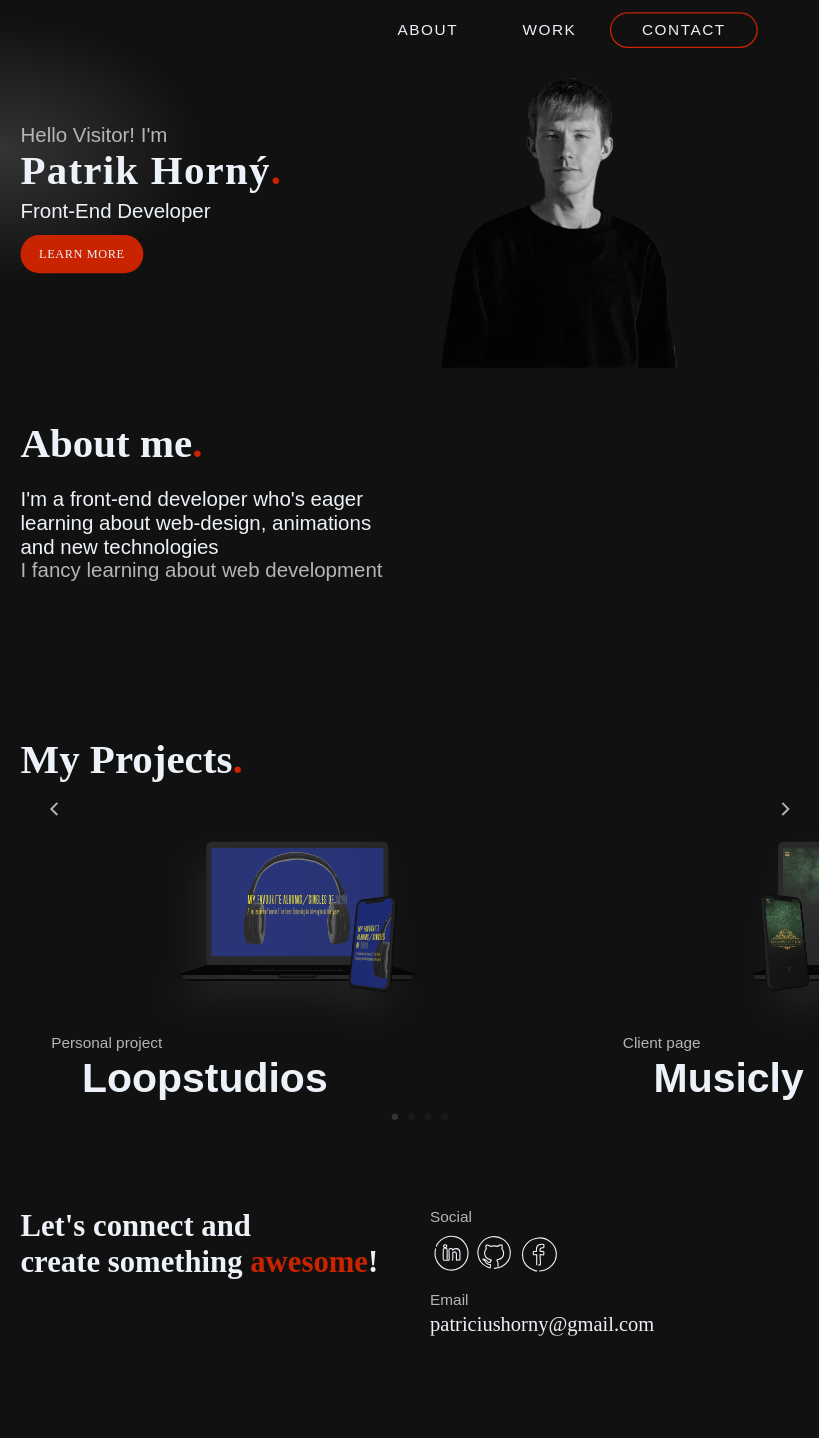
Repository: Spreceriany/portfolio
Page: index.html
An editor plug-in stored every save of this project. The page is shown before and after the next save, followed by the edit.
The browser window is 1280 px wide. The pictures show the whole page, at 64% of full size.
Some web fonts or font styles are not loaded; a fallback is used. The style sheet was rebuilt from its Sass, Less or Tailwind sources for each picture, by a compiler version that may differ from the author's.

Above is the page before, as saved 2021-03-11 11:47:14.

After the next save:
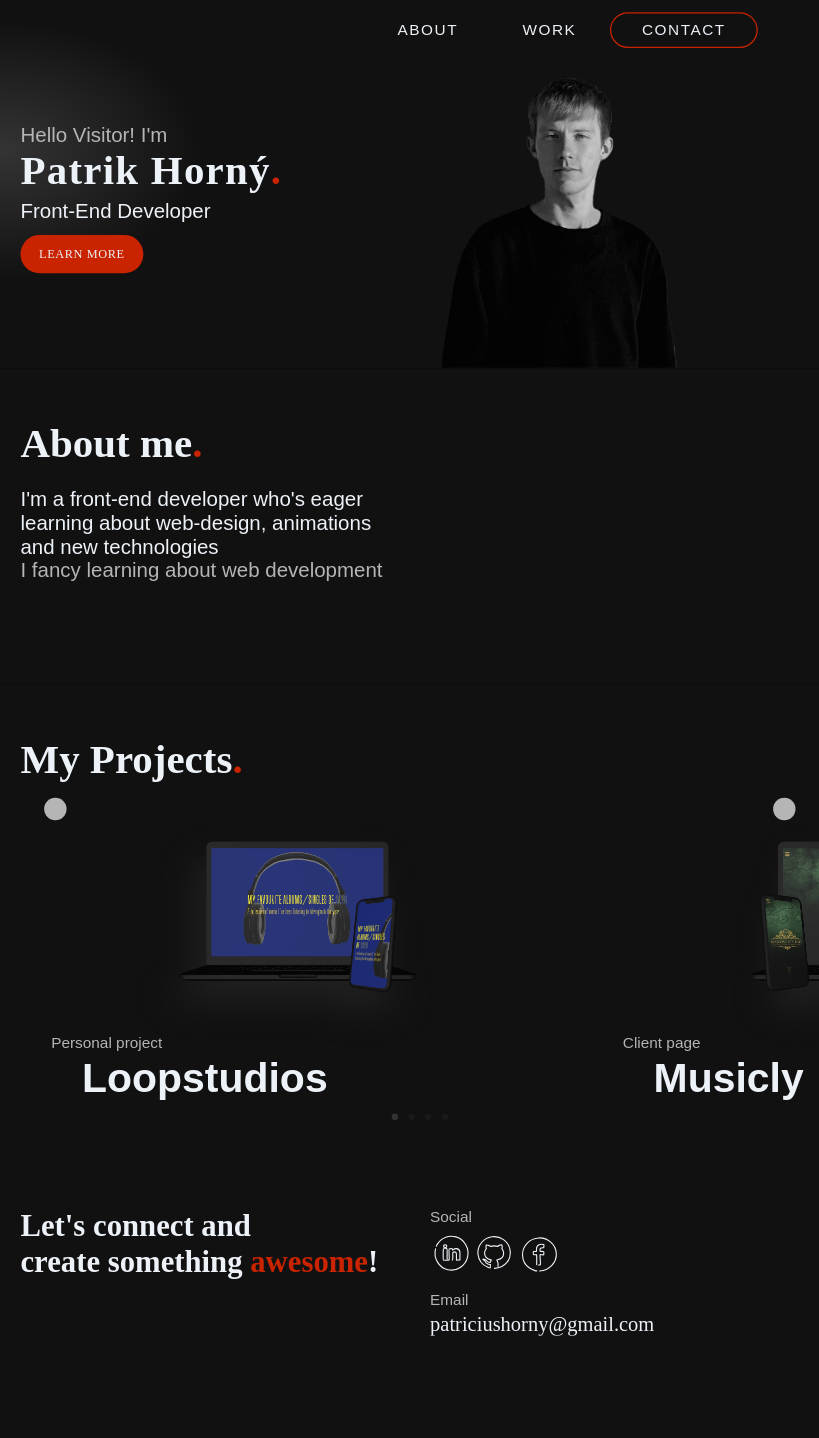
Saved 16 s later.
--- a/css/style.scss
+++ b/css/style.scss
@@ -505,7 +505,7 @@
 
 .flickity-button {
   position: absolute;
-  background: transparent !important;
+  background: $gray !important;
   border: $gray;
   color: $gray !important;
 }

After the save that followed:
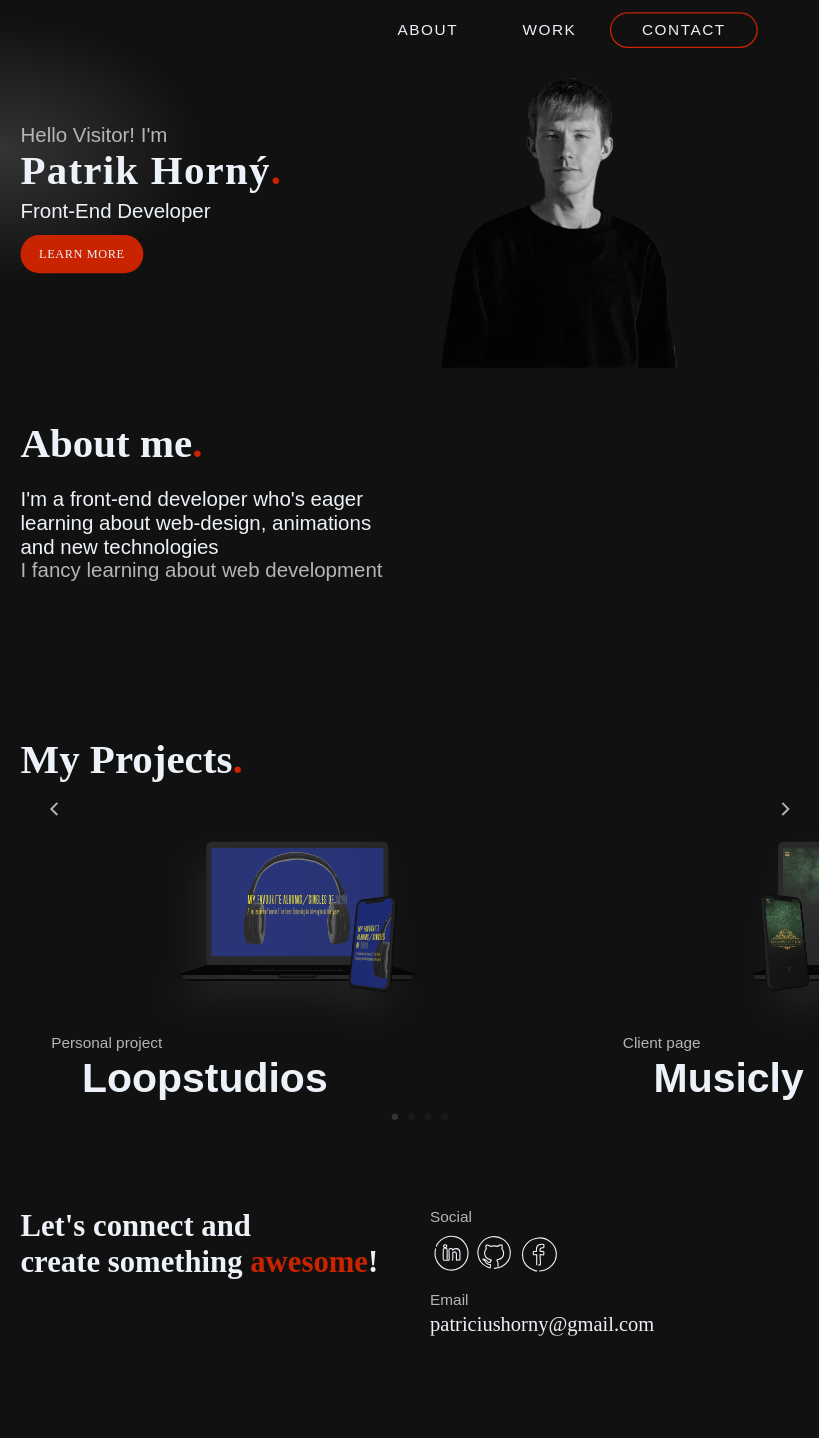
Saved 11 s later.
--- a/css/style.scss
+++ b/css/style.scss
@@ -505,8 +505,8 @@
 
 .flickity-button {
   position: absolute;
-  background: $gray !important;
-  border: $gray;
+  background: transparent !important;
+  border: $gray !important;
   color: $gray !important;
 }
 
